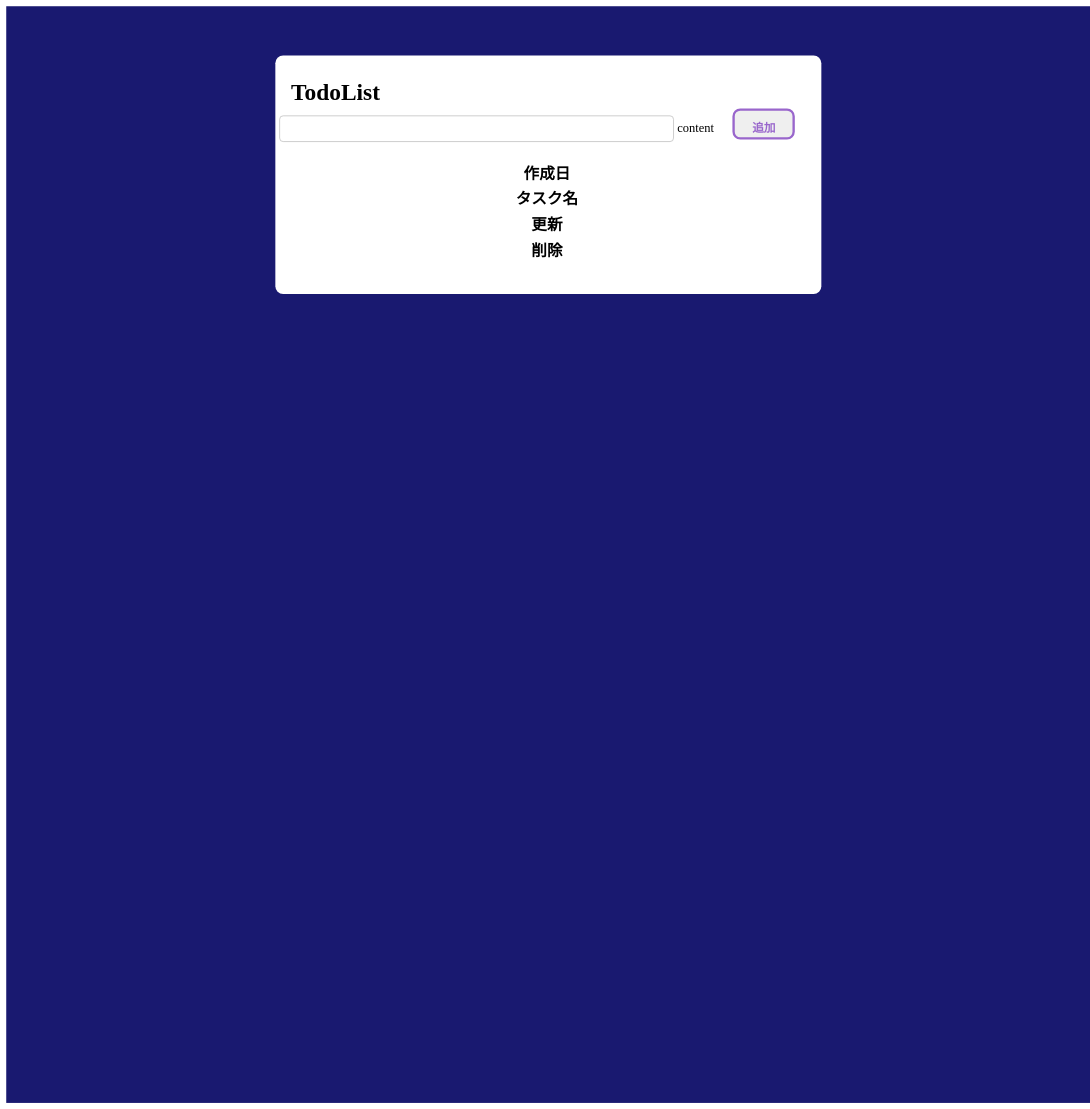
Repository: moro-ayu3/20230304_morohoshi
Page: http://localhost/
The author's editor kept a copy of each file at every save. The page is drawn from the files as they stood at one save, then again after the next save.
The browser window is 1280 px wide. The page is 1398 px wide, so the pictures cover 1398 px, including what lies to the right of the window. The pictures show the whole page, at 78% of full size.
The page is served by the project's Laravel application, run on PHP 8.4 with Laravel 8. Other server files are loaded and not shown. Queries for data that is not in the repository find no rows.

Above is the page before, as saved 2023-03-11 13:07:37.

### routes/web.php
<?php

use Illuminate\Support\Facades\Route;
use App\Http\Controllers\TodoController;

Route::get('/', [TodoController::class, 'index']);

Route::post('/todo/create', [TodoController::class, 'store']);

Route::post('/todo/update', [TodoController::class, 'update']);

Route::post('/todo/delete', [TodoController::class, 'delete']);

### app/Http/Controllers/TodoController.php
<?php
  namespace App\Http\Controllers;
  use Illuminate\Http\Request;
  use App\Models\Todo;
  use App\Http\Requests\TodoRequest;
  class TodoController extends Controller
  {
    public function index()
     {
        $todos= Todo::all();
        return view('index',['todos'=>$todos]);
  }

    public function store(TodoRequest $request)
     {
        $todo = new Todo;
        $todo->name =$request->input('new_todo');
        $form=$request->all();
        Todo::create($form);
        unset($form['_token']);
        return redirect('/');
    }

    public function update(TodoRequest $request)
     {
       $form = $request->all();
       unset($form['_token']);
       Todo::where('id', $request->id)->update($form);
       return redirect('/');
    }

    public function delete(Request $request)
     {
       Todo::find($request->id)->delete();
       return redirect('/');
    }

  }

### app/Models/Todo.php
<?php

namespace App\Models;

use Illuminate\Database\Eloquent\Factories\HasFactory;
use Illuminate\Database\Eloquent\Model;

class Todo extends Model
{
    use HasFactory;

    protected $fillable = ['content'];
}

### resources/views/index.blade.php
<!DOCTYPE html>
<html lang="ja">

<head>
  <meta charset="UTF-8">
  <meta name="viewport" content="width=device-width, initial-scale=1.0">
  <title>実践アプリ開発入門</title>
  <style>
    .homepage {
      width: 100%;
      height: 100vw;
      padding: 5% 5%;
      background-color: #191970;
    }

    .container {
      display: flex;
      justify-content: center;
      align-items: center;
    }

    .inner {
      width: 700px;
      height: auto;
      border-radius: 10px 10px 10px 10px;
      background-color: #fff;
      margin: 0 auto;
    }

    .header-title {
      font-size: 30px;
      font-weight: bold;
      color: black;
      margin-top: 30px;
      margin-left: 20px;
    }

    .form {
      display: inline-block;
      margin: -20px -15px;
    }

    .text {
      width: 500px;
      height: 30px;
      border: solid 1px #c0c0c0;
      margin-left: 20px;
      border-radius: 5px 5px 5px 5px;
      display: inline-block;
    }

    .create-btn {
      width: 80px;
      height: 40px;
      margin-left: 20px;
      margin-right: 20px;
      border-radius: 10px 10px 10px 10px;
      border: solid 3px #9966CC;
      display: inline-block;
      font-size: 15px;
      font-weight: bold;
      color: #9966CC;
      padding:10px 20px 10px 20px;
    }

    table {
      display: flex;
      justify-content: center;
      align-items: center;
      margin-top: 30px;
      margin-bottom: 40px;
    }

    .date-1 {
      margin-left: 50px;
      font-size: 20px;
      font-weight: bold;
      color: black;
    }

    .name {
      margin-left: 80px;
      font-size: 20px;
      font-weight: bold;
      color: black;
    }

    .update {
      margin-left: 40px;
      font-size: 20px;
      font-weight: bold;
      color: black;
    }

    .delete {
      margin-left: 20px;
      margin-right: 20px;
      font-size: 20px;
      font-weight: bold;
      color: black;
    }

    .parent {
      display: flex;
      justify-content: center;
      align-items: center;
    }

    .date-2 {
      margin-left: 20px;
      font-size: 20px;
      color: black;
    }

    .input-update {
      width: 200px;
      height: 20px;
      border: solid 1px #c0c0c0;
      border-radius: 5px 5px 5px 5px;
      margin-left: 10px;
    }

    .button-update {
      width: 80px;
      height: 40px;
      border-radius: 10px 10px 10px 10px;
      border: solid 3px #ffa500;
      margin-left: 10px;
      font-size: 15px;
      font-weight: bold;
      color: #ffa500;
      padding: 10px 20px;
    }

    .button-delete {
      width: 80px;
      height: 40px;
      border-radius: 10px 10px 10px 10px;
      border: solid 3px #40e0d0;
      margin-left: 10px;
      margin-right: 20px;
      font-size: 15px;
      font-weight: bold;
      color: #40e0d0;
      padding: 10px 20px;
    }

  </style>
</head>

<body>
  <div class="homepage">
     <div class="container">
      <div class="inner">
        <header>
          <h1 class="header-title">TodoList</h1>
        </header>
        <main>
          @if (count($errors) > 0)
           <ul>
           @foreach ($errors->all() as $error)
           <li>{{$error}}</li>
           @endforeach
           </ul>
          @endif
          <div class="form">
            @csrf
              @if ($errors->has('content'))
              <tr>
                <th>ERROR</th>
                <td>{{$errors->first('content')}}</td>
              </tr>
              @endif
            <form action="/todo/create" method="post">
             @csrf
              <input type="text" class="text" name="content">
              {{ Str::limit('content', 20)}}
              @if ($errors->has('created_btn'))
              <tr>
                <th>ERROR</th>
                <td>{{$errors->first('created_at')}}</td>
              </tr>
              @endif
              <button class="create-btn">追加</button>
            </form>
          </div>

          <table>
            @csrf
            <tr>
              <th class="date-1">作成日</th>
            <tr>
              <th class="name">タスク名</th>
              <td><input type="hidden" name="name"></td>
            </tr>
            @if ($errors->has('updated_at'))
              <tr>
                <th>ERROR</th>
                <td>{{$errors->first('updated_at')}}</td>
              </tr>
            @endif
            <tr>
              <th class="update">更新</th>
              <td><input type="hidden" name="update"></td>
            </tr>
            @if ($errors->has('deleted_at'))
              <tr>
                <th>ERROR</th>
                <td>{{$errors->first('deleted_at')}}</td>
              </tr>
            @endif
            <tr>
              <th class="delete">削除</th>
              <td><input type="hidden" name="delete"></td>
            </tr>
            @foreach($todos as $todo)
            <tr>
              @if ($errors->has('created_at'))
              <tr>
                <th>ERROR</th>
                <td>{{$errors->first('created_at')}}</td>
              </tr>
               @endif
              <td>
                {{ $todo->created_at}}
              </td>
              <div class="parent">
                @if ($errors->has('content'))
                <tr>
                   <th>ERROR</th>
                   <td>{{$errors->first('content')}}</td>
                </tr>
                @endif
                <form action="/todo/update" method="post" >
                @csrf
                 <input type="hidden" value="{{$todo->id}}" name="id">
                  <td>
                    <input type="text" class="input-update" value="{{$todo->content}}" name="content" />
                  </td>
                  {{ Str::limit('content', 20)}}
                  <td>
                    <button class="button-update">更新</button>
                  </td>
                </form>
                <td>
                  <form action="/todo/delete" method="post">
                   @csrf
                    <input type="hidden" value="{{$todo->id}}" name="id">
                      <button class="button-delete">削除</button>
                  </form>
                </td>
              </div>
            </tr>
            @endforeach
          </table>
        </main>
      </div>
     </div>
    </div>
</body>

</html>

Loaded but not shown: app/Http/Controllers/Controller.php (common file)

After the next save:
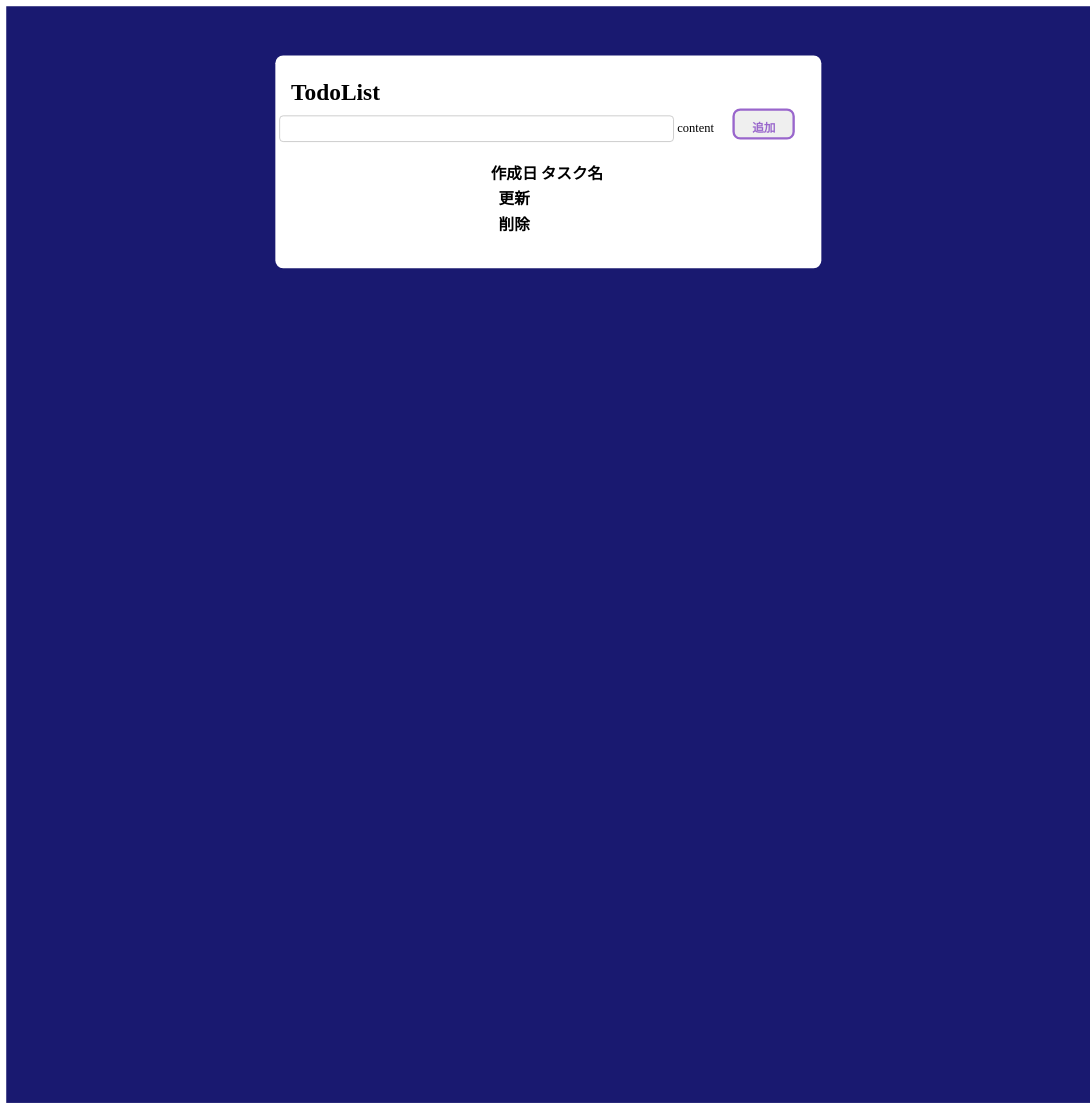
Saved 7 s later.
--- a/resources/views/index.blade.php
+++ b/resources/views/index.blade.php
@@ -189,7 +189,6 @@
             @csrf
             <tr>
               <th class="date-1">作成日</th>
-            <tr>
               <th class="name">タスク名</th>
               <td><input type="hidden" name="name"></td>
             </tr>
